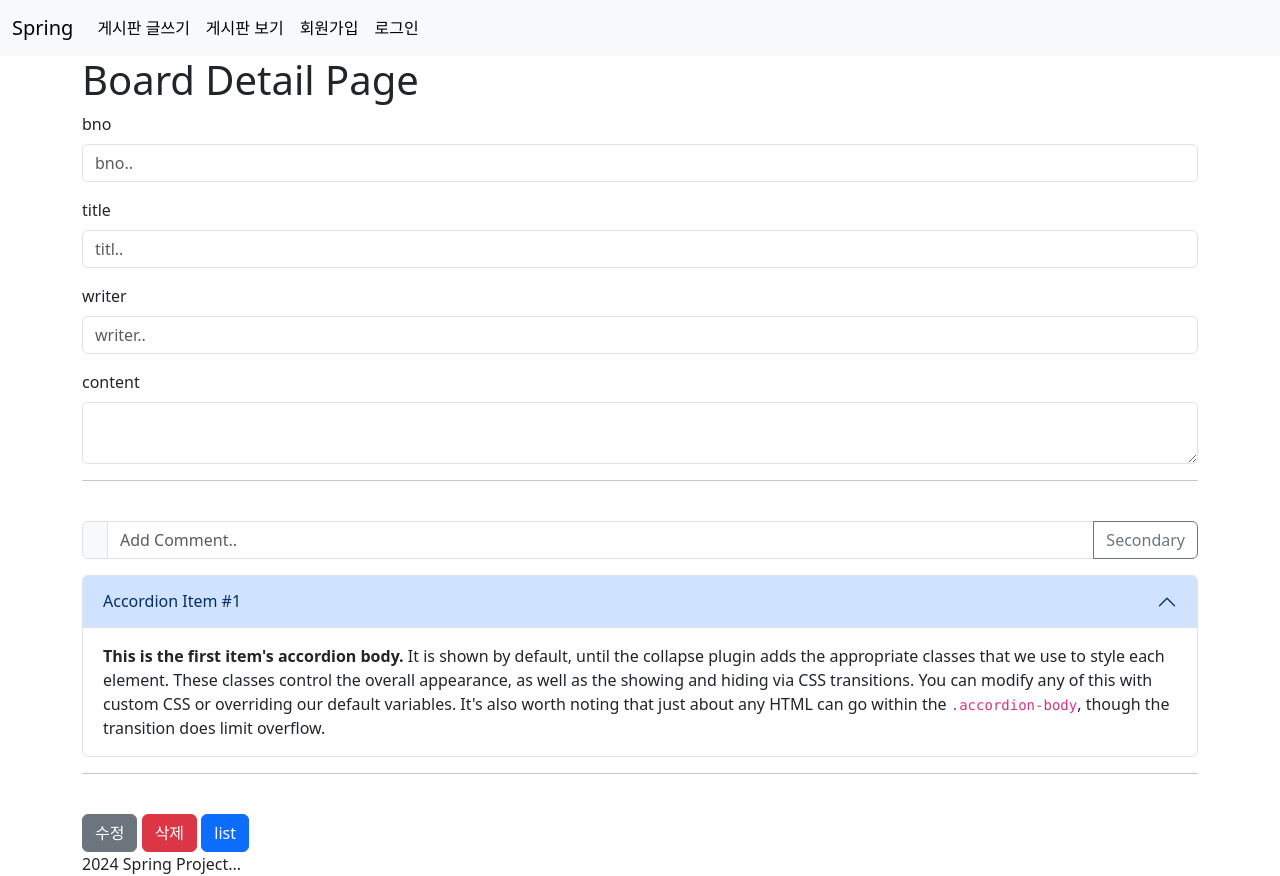
Repository: dlfhrrl12/springtest
Page: http://localhost/spring_study/WEB-INF/views/board/detail.jsp
The author's editor kept a copy of each file at every save. The page is drawn from the files as they stood at one save, then again after the next save.
The browser window is 1280 px wide. The pictures show the whole page.
The page is served by Tomcat 9. Nobody is signed in. The template is opened directly, without the code that normally fills it, so the values that code supplies are empty.

Above is the page before, as saved 2024-04-26 02:47:39.

### spring_study/src/main/webapp/WEB-INF/views/board/detail.jsp
<%@ page language="java" contentType="text/html; charset=UTF-8"
    pageEncoding="UTF-8"%>
<jsp:include page="../layout/header.jsp"/>
	<div class="container-md">
	<h1>Board Detail Page</h1>

			<div class="mb-3">
		  		<label for="n" class="form-label">bno</label>
		  		<input type="text" class="form-control" name="bno" id="n" value="${bvo.bno }" readonly="readonly" placeholder="bno..">
			</div>
			<div class="mb-3">
		  		<label for="t" class="form-label">title</label>
		  		<input type="text" class="form-control" name="title" id="t" value="${bvo.title }" readonly="readonly" placeholder="titl..">
			</div>
			<div class="mb-3">
		  		<label for="w" class="form-label">writer</label>
		  		<input type="text" class="form-control" name="writer" value="${bvo.writer }" id="w" readonly="readonly" placeholder="writer..">
			</div>
			<div class="mb-3">
			  <label for="c" class="form-label">content</label>
			  <textarea class="form-control" id="c" name="content" readonly="readonly" aria-label="With textarea">${bvo.content }</textarea>
			</div>

			<hr>
			<br>
			<!-- Comment line -->
			<!-- 댓글 등록 라인 -->
			<div class="input-group mb-3">
			  <span class="input-group-text" id="cmtWriter">${ses.id }</span>
			  <input type="text" id="cmtText" class="form-control" placeholder="Add Comment.." aria-label="Username" aria-describedby="basic-addon1">
			  <button type="button" id="cmtAddBtn" class="btn btn-outline-secondary">Secondary</button>
			</div>

			<!-- 댓글 출력 라인 -->
			<div class="accordion" id="accordionExample">
			  <div class="accordion-item">
			    <h2 class="accordion-header">
			      <button class="accordion-button" type="button" data-bs-toggle="collapse" data-bs-target="#collapseOne" aria-expanded="true" aria-controls="collapseOne">
			        Accordion Item #1
			      </button>
			    </h2>
			    <div id="collapseOne" class="accordion-collapse collapse show" data-bs-parent="#accordionExample">
			      <div class="accordion-body">
			        <strong>This is the first item's accordion body.</strong> It is shown by default, until the collapse plugin adds the appropriate classes that we use to style each element. These classes control the overall appearance, as well as the showing and hiding via CSS transitions. You can modify any of this with custom CSS or overriding our default variables. It's also worth noting that just about any HTML can go within the <code>.accordion-body</code>, though the transition does limit overflow.
			      </div>
			    </div>
			  </div>
			</div>

			<hr>
			<br>

			<a href="/board/modify?bno=${bvo.bno }"><button type="button" class="btn btn-secondary">수정</button></a>
			<a href="/board/remove?bno=${bvo.bno }"><button type="button" class="btn btn-danger">삭제</button></a>
			<a href="/board/list"><button type="button" class="btn btn-primary">list</button></a>

	</div>

<jsp:include page="../layout/footer.jsp" />

### spring_study/src/main/webapp/WEB-INF/views/layout/header.jsp
<%@ page language="java" contentType="text/html; charset=UTF-8"
    pageEncoding="UTF-8"%>
    <%@ taglib uri="http://java.sun.com/jsp/jstl/core"  prefix="c"%>
<!DOCTYPE html>
<html>
<head>
<meta charset="UTF-8">
<title>header.jsp</title>
<link href="https://cdn.jsdelivr.net/npm/bootstrap@5.3.3/dist/css/bootstrap.min.css" rel="stylesheet" integrity="sha384-QWTKZyjpPEjISv5WaRU9OFeRpok6YctnYmDr5pNlyT2bRjXh0JMhjY6hW+ALEwIH" crossorigin="anonymous">
<script src="https://cdn.jsdelivr.net/npm/bootstrap@5.3.3/dist/js/bootstrap.bundle.min.js" integrity="sha384-YvpcrYf0tY3lHB60NNkmXc5s9fDVZLESaAA55NDzOxhy9GkcIdslK1eN7N6jIeHz" crossorigin="anonymous"></script>
</head>
<body>
<nav class="navbar navbar-expand-lg bg-body-tertiary">
  <div class="container-fluid">
    <a class="navbar-brand" href="#">Spring</a>
    <button class="navbar-toggler" type="button" data-bs-toggle="collapse" data-bs-target="#navbarSupportedContent" aria-controls="navbarSupportedContent" aria-expanded="false" aria-label="Toggle navigation">
      <span class="navbar-toggler-icon"></span>
    </button>
    <div class="collapse navbar-collapse" id="navbarSupportedContent">
      <ul class="navbar-nav me-auto mb-2 mb-lg-0">
        <li class="nav-item">
          <a class="nav-link active"  href="/board/register">게시판 글쓰기</a>
        </li>
        <li class="nav-item">
          <a class="nav-link active"  href="/board/list">게시판 보기</a>
        </li>
        <li class="nav-item">
          <a class="nav-link active"  href="/member/register">회원가입</a>
        </li>
        <c:if test="${ses.id eq null }">
        <li class="nav-item">
          <a class="nav-link active"  href="/member/login">로그인</a>
        </li>
        </c:if>
        <c:if test="${ses.id ne null }">
        <li class="nav-item">
          <a class="nav-link active"  href="/member/logout">로그아웃</a>
        </li>
        <li class="nav-item">
          <a class="nav-link active"  href="/member/modify">${ses.id }(${ses.email })welcome!!</a>
        </li>
        </c:if>
        </ul>
    </div>
  </div>
</nav>

### spring_study/src/main/webapp/WEB-INF/views/layout/footer.jsp
<%@ page language="java" contentType="text/html; charset=UTF-8"
    pageEncoding="UTF-8"%>



<div class="container-md">
	2024 Spring Project...
</div>

</body>
</html>

After the next save:
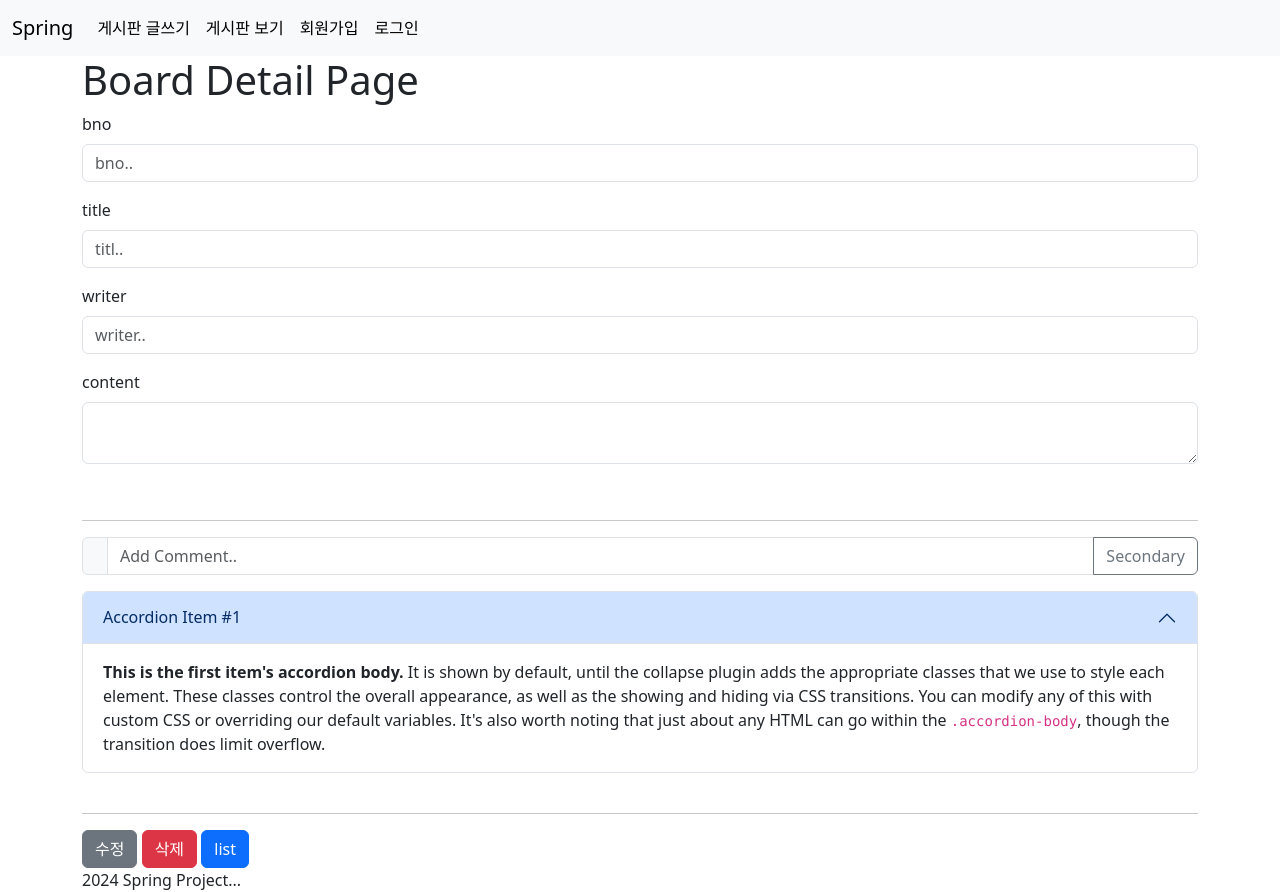
Saved 14 s later.
--- a/spring_study/src/main/webapp/WEB-INF/views/board/detail.jsp
+++ b/spring_study/src/main/webapp/WEB-INF/views/board/detail.jsp
@@ -21,8 +21,8 @@
 			  <textarea class="form-control" id="c" name="content" readonly="readonly" aria-label="With textarea">${bvo.content }</textarea>
 			</div>
 
+			<br>
 			<hr>
-			<br>
 			<!-- Comment line -->
 			<!-- 댓글 등록 라인 -->
 			<div class="input-group mb-3">
@@ -47,8 +47,8 @@
 			  </div>
 			</div>
 
+			<br>
 			<hr>
-			<br>
 
 			<a href="/board/modify?bno=${bvo.bno }"><button type="button" class="btn btn-secondary">수정</button></a>
 			<a href="/board/remove?bno=${bvo.bno }"><button type="button" class="btn btn-danger">삭제</button></a>
